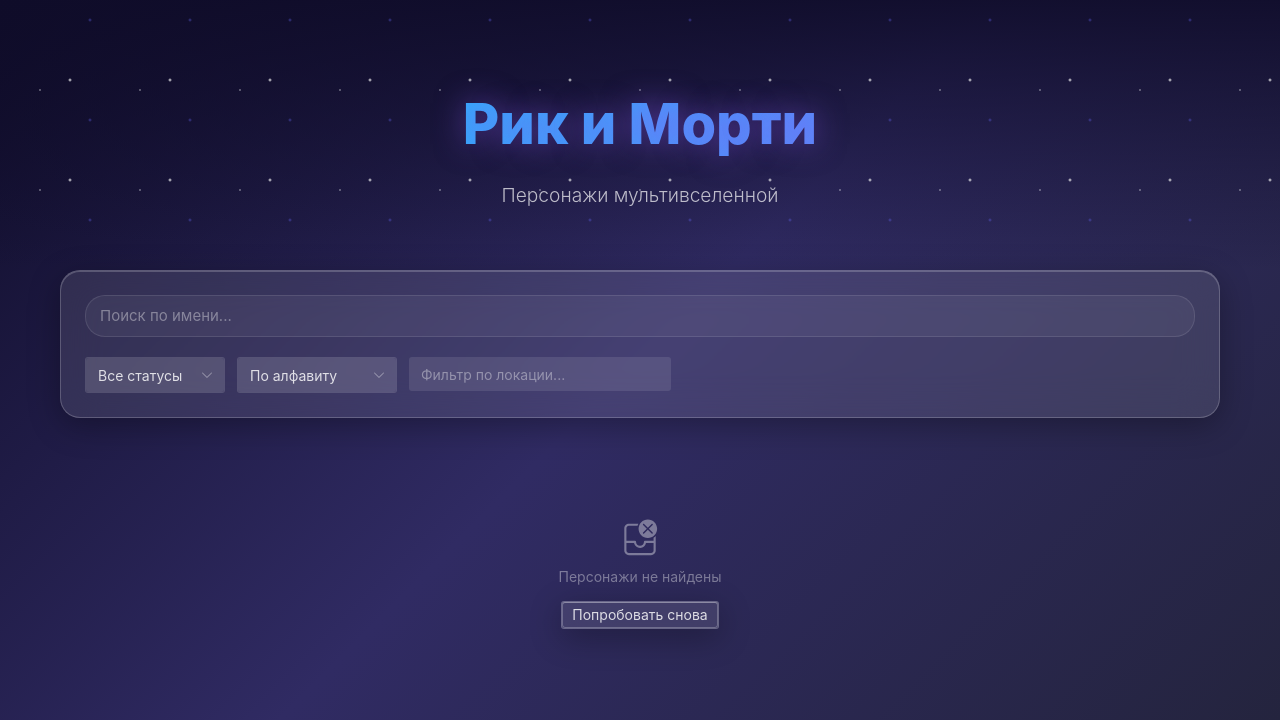
Repository: evgff-0/rick-morty
Page: /
These files come from the project's save history. The page is drawn as it stood at one moment and after the next save; the edit follows.
The browser window is 1280 px wide. The pictures show the whole page.
The project was rebuilt for these pictures with package versions that can differ from the ones it lists, and the page was loaded fresh each time. Also part of the build but not shown: vite.config.ts, src/entities/character/ui/CharacterCard.vue.

Above is the page before, as saved 2025-11-22 15:50:52.

After the next save:
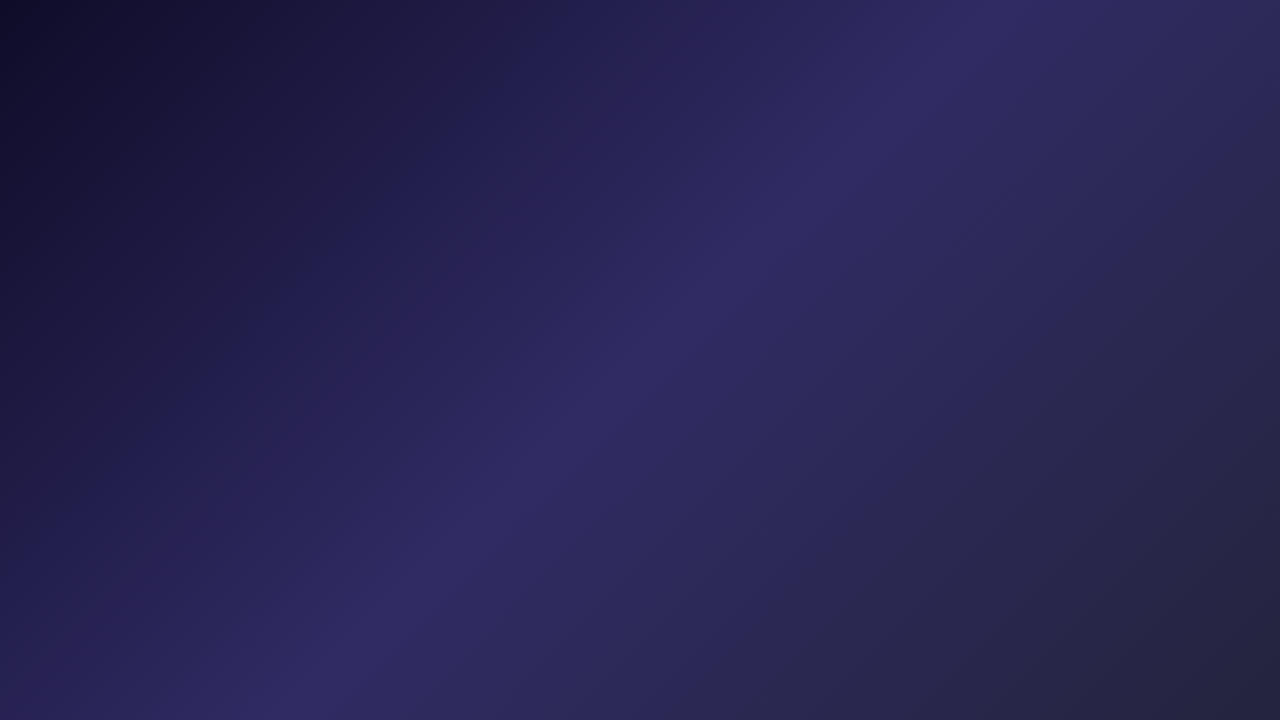
Console error: ReferenceError: ref is not defined
Saved 43 s later.
--- a/src/features/filters/ui/CharacterFilters.vue
+++ b/src/features/filters/ui/CharacterFilters.vue
@@ -44,16 +44,17 @@
 </template>
 
 <script setup lang="ts">
-import { ref, watch } from 'vue'
 import { NInput, NSelect, NSpace } from 'naive-ui'
 import type { StatusFilter, SortType } from '@/shared/types/character'
 
-const props = defineProps<{
+interface Props {
   searchQuery: string
   statusFilter: StatusFilter
   sortType: SortType
   locationFilter: string
-}>()
+}
+
+const props = defineProps<Props>()
 
 const emit = defineEmits<{
   'update:searchQuery': [value: string]
@@ -79,19 +80,19 @@
   { label: 'По эпизодам', value: 'episodes' },
 ]
 
-function handleSearchChange(value: string) {
+const handleSearchChange = (value: string) => {
   emit('update:searchQuery', value)
 }
 
-function handleStatusChange(value: StatusFilter) {
+const handleStatusChange = (value: StatusFilter) => {
   emit('update:statusFilter', value)
 }
 
-function handleSortChange(value: SortType) {
+const handleSortChange = (value: SortType) => {
   emit('update:sortType', value)
 }
 
-function handleLocationChange(value: string) {
+const handleLocationChange = (value: string) => {
   emit('update:locationFilter', value)
 }
 
@@ -101,18 +102,21 @@
     localSearch.value = newVal
   },
 )
+
 watch(
   () => props.statusFilter,
   (newVal) => {
     localStatus.value = newVal
   },
 )
+
 watch(
   () => props.sortType,
   (newVal) => {
     localSort.value = newVal
   },
 )
+
 watch(
   () => props.locationFilter,
   (newVal) => {

After the save that followed:
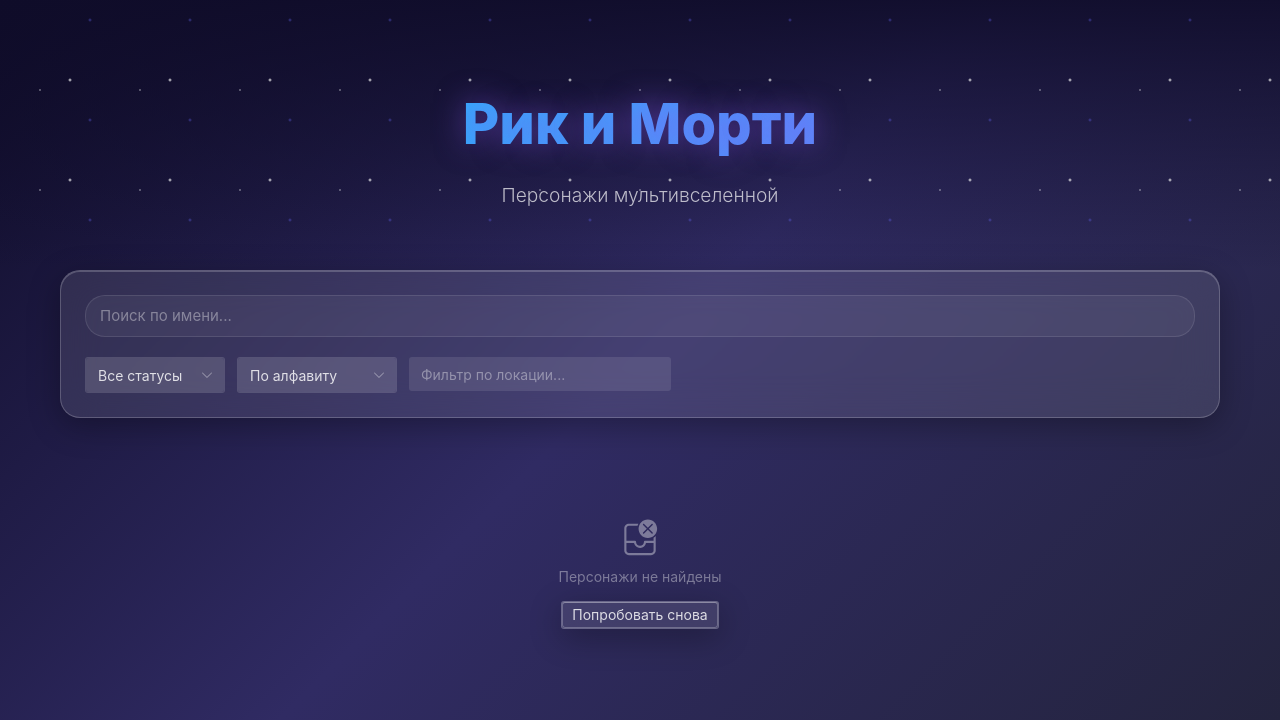
The error is gone.
Saved 8 s later.
--- a/src/features/filters/ui/CharacterFilters.vue
+++ b/src/features/filters/ui/CharacterFilters.vue
@@ -44,17 +44,16 @@
 </template>
 
 <script setup lang="ts">
+import { ref, watch } from 'vue'
 import { NInput, NSelect, NSpace } from 'naive-ui'
 import type { StatusFilter, SortType } from '@/shared/types/character'
 
-interface Props {
+const props = defineProps<{
   searchQuery: string
   statusFilter: StatusFilter
   sortType: SortType
   locationFilter: string
-}
-
-const props = defineProps<Props>()
+}>()
 
 const emit = defineEmits<{
   'update:searchQuery': [value: string]
@@ -80,19 +79,19 @@
   { label: 'По эпизодам', value: 'episodes' },
 ]
 
-const handleSearchChange = (value: string) => {
+function handleSearchChange(value: string) {
   emit('update:searchQuery', value)
 }
 
-const handleStatusChange = (value: StatusFilter) => {
+function handleStatusChange(value: StatusFilter) {
   emit('update:statusFilter', value)
 }
 
-const handleSortChange = (value: SortType) => {
+function handleSortChange(value: SortType) {
   emit('update:sortType', value)
 }
 
-const handleLocationChange = (value: string) => {
+function handleLocationChange(value: string) {
   emit('update:locationFilter', value)
 }
 
@@ -102,21 +101,18 @@
     localSearch.value = newVal
   },
 )
-
 watch(
   () => props.statusFilter,
   (newVal) => {
     localStatus.value = newVal
   },
 )
-
 watch(
   () => props.sortType,
   (newVal) => {
     localSort.value = newVal
   },
 )
-
 watch(
   () => props.locationFilter,
   (newVal) => {
